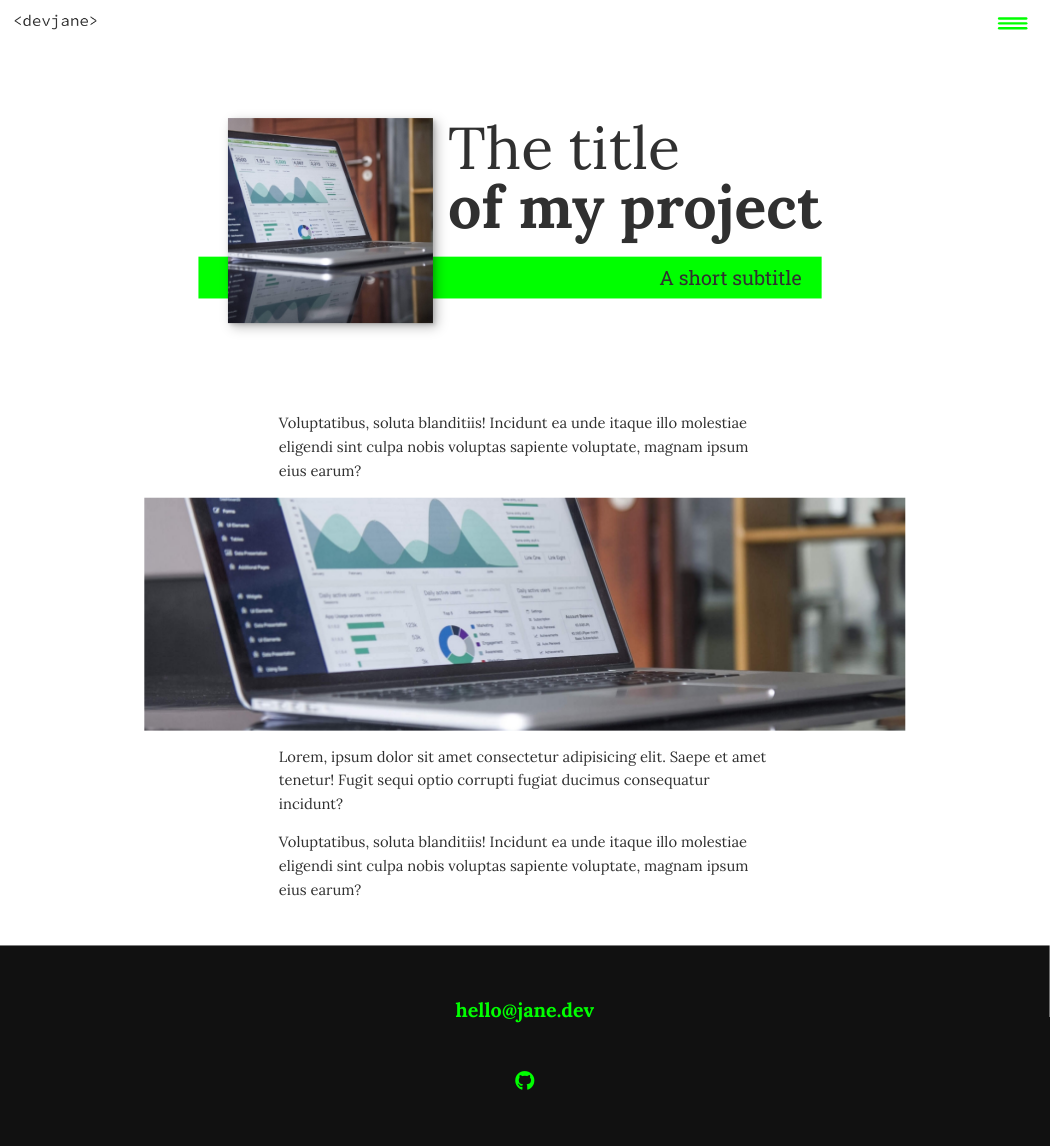
Repository: DinoDime/site
Page: portfolio-item.html
The author's editor kept a copy of each file at every save. The page is drawn from the files as they stood at one save, then again after the next save.
The browser window is 1280 px wide. The pictures show the whole page, at 82% of full size.
Some web libraries are served in a nearby version.

Above is the page before, as saved 2021-04-29 08:13:06.

### portfolio-item.html
<!DOCTYPE html>
<html lang="en">
  <head>
    <link
      rel="stylesheet"
      href="https://cdnjs.cloudflare.com/ajax/libs/normalize/8.0.1/normalize.css"
    />
    <meta charset="UTF-8" />
    <meta name="viewport" content="width=device-width, initial-scale=1.0" />
    <title>DevJane Portfolio Website</title>
    <link
      rel="stylesheet"
      href="https://cdnjs.cloudflare.com/ajax/libs/normalize/7.0.0/normalize.min.css"
    />
    <link
      rel="stylesheet"
      href="https://cdnjs.cloudflare.com/ajax/libs/font-awesome/5.11.2/css/all.css"
      integrity="sha256-46qynGAkLSFpVbEBog43gvNhfrOj+BmwXdxFgVK/Kvc="
      crossorigin="anonymous"
    />

    <!-- Update these with your own fonts -->
    <link
      href="https://fonts.googleapis.com/css?family=Lora:400,700|Roboto+Slab:400,700&display=swap"
      rel="stylesheet"
    />

    <link rel="stylesheet" href="css/style.css" />
  </head>
  <body>
    <header>
      <div class="logo">
        <img src="img/devjane.png" alt="" />
      </div>
      <button class="nav-toggle" aria-label="toggle navigation">
        <span class="hamburger"></span>
      </button>
      <nav class="nav">
        <ul class="nav__list">
          <li class="nav__item">
            <a href="index.html" class="nav__link">Home</a>
          </li>
          <li class="nav__item">
            <a href="index.html#services" class="nav__link">My Services</a>
          </li>
          <li class="nav__item">
            <a href="index.html#about" class="nav__link">About me</a>
          </li>
          <li class="nav__item">
            <a href="index.html#work" class="nav__link">My Work</a>
          </li>
        </ul>
      </nav>
    </header>

    <section class="intro">
      <h1 class="section__title section__title--intro">
        The title <strong>of my project</strong>
      </h1>
      <p class="section__subtitle section__subtitle--intro">A short subtitle</p>
      <img src="img/portfolio-01.jpg" alt="" class="intro__img" />
    </section>

    <div class="portfolio-item-individual">
      <p>
        Voluptatibus, soluta blanditiis! Incidunt ea unde itaque illo molestiae
        eligendi sint culpa nobis voluptas sapiente voluptate, magnam ipsum eius
        earum?
      </p>
      <img src="img/portfolio-details.jpg" alt="" />
      <p>
        Lorem, ipsum dolor sit amet consectetur adipisicing elit. Saepe et amet
        tenetur! Fugit sequi optio corrupti fugiat ducimus consequatur incidunt?
      </p>
      <p>
        Voluptatibus, soluta blanditiis! Incidunt ea unde itaque illo molestiae
        eligendi sint culpa nobis voluptas sapiente voluptate, magnam ipsum eius
        earum?
      </p>
    </div>

    <!-- Footer -->
    <footer class="footer">
      <!-- replace with your own email address -->
      <a href="mailto:hello@jane.dev" class="footer__link">hello@jane.dev</a>
      <ul class="social-list">
        <li class="social-list__item">
          <a class="social-list__link" href="https://github.com">
            <i class="fab fa-github"></i>
          </a>
        </li>
      </ul>
    </footer>

    <script src="js/index.js"></script>
  </body>
</html>

### css/style.css
*,
*::before,
*::after {
  box-sizing: border-box;
}

/* Custom Properties, update these for your own design */

:root {
  --ff-primary: "Lora", serif;
  --ff-secondary: "Roboto Slab", serif;

  --fw-reg: 400;
  --fw-bold: 700;

  --clr-light: #fff;
  --clr-dark: #303030;
  --clr-accent: lime;

  --fs-h1: 3rem;
  --fs-h2: 2.25rem;
  --fs-h3: 1.25rem;
  --fs-body: 1rem;

  --bs: 0.25em 0.25em 0.75em rgba(0, 0, 0, 0.25),
    0.125em 0.125em 0.25em rgba(0, 0, 0, 0.15);
}

@media (min-width: 800px) {
  :root {
    --fs-h1: 4.5rem;
    --fs-h2: 3.75rem;
    --fs-h3: 1.5rem;
    --fs-body: 1.125rem;
  }
}

/* General styles */

/* endable this to add smooth scrolling */
/* html {
    scroll-behavior: smooth;
} */

body {
  background: var(--clr-light);
  color: var(--clr-dark);
  margin: 0;
  font-family: var(--ff-primary);
  font-size: var(--fs-body);
  line-height: 1.6;
}

section {
  padding: 5em 2em;
}

img {
  display: block;
  max-width: 100%;
}

strong {
  font-weight: var(--fw-bold);
}

:focus {
  outline: 3px solid var(--clr-accent);
  outline-offset: 3px;
}

/* Buttons */

.btn {
  display: inline-block;
  padding: 0.5em 2.5em;
  background: var(--clr-accent);
  color: var(--clr-dark);
  text-decoration: none;
  cursor: pointer;
  font-size: 0.8rem;
  text-transform: uppercase;
  letter-spacing: 2px;
  font-weight: var(--fw-bold);
  transition: transform 200ms ease-in-out;
}

.btn:hover {
  transform: scale(1.1);
}

/* Typography */

h1,
h2,
h3 {
  line-height: 1;
  margin: 0;
}

h1 {
  font-size: var(--fs-h1);
}
h2 {
  font-size: var(--fs-h2);
}
h3 {
  font-size: var(--fs-h3);
}

.section__title {
  margin-bottom: 0.25em;
}

.section__title--intro {
  font-weight: var(--fw-reg);
}

.section__title--intro strong {
  display: block;
}

.section__subtitle {
  margin: 0;
  font-size: var(--fs-h3);
}

.section__subtitle--intro,
.section__subtitle--about {
  background: var(--clr-accent);
  padding: 0.25em 1em;
  font-family: var(--ff-secondary);
  margin-bottom: 1em;
}

.section__subtitle--work {
  color: var(--clr-accent);
  font-weight: var(--fw-bold);
  margin-bottom: 2em;
}

/* header */

header {
  display: flex;
  justify-content: space-between;
  padding: 1em;
}

.logo {
  max-width: 100px;
}

.nav {
  position: fixed;
  background: var(--clr-dark);
  color: var(--clr-light);
  top: 0;
  bottom: 0;
  left: 0;
  right: 0;
  z-index: 100;

  transform: translateX(100%);
  transition: transform 250ms cubic-bezier(0.5, 0, 0.5, 1);
}

.nav__list {
  list-style: none;
  display: flex;
  height: 100%;
  flex-direction: column;
  justify-content: space-evenly;
  align-items: center;
  margin: 0;
  padding: 0;
}

.nav__link {
  color: inherit;
  font-weight: var(--fw-bold);
  font-size: var(--fs-h2);
  text-decoration: none;
}

.nav__link:hover {
  color: var(--clr-accent);
}

.nav-toggle {
  padding: 0.5em;
  background: transparent;
  border: 0;
  cursor: pointer;
  position: absolute;
  right: 1em;
  top: 1em;
  z-index: 1000;
}

.nav-open .nav {
  transform: translateX(0);
}

.nav-open .nav-toggle {
  position: fixed;
}

.nav-open .hamburger {
  transform: rotate(0.625turn);
}

.nav-open .hamburger::before {
  transform: rotate(90deg) translateX(-6px);
}

.nav-open .hamburger::after {
  opacity: 0;
}

.hamburger {
  display: block;
  position: relative;
}

.hamburger,
.hamburger::before,
.hamburger::after {
  background: var(--clr-accent);
  width: 2em;
  height: 3px;
  border-radius: 1em;
  transition: transform 250ms ease-in-out;
}

.hamburger::before,
.hamburger::after {
  content: "";
  position: absolute;
  left: 0;
  right: 0;
}

.hamburger::before {
  top: 6px;
}
.hamburger::after {
  bottom: 6px;
}

/*  Intro section  */

.intro {
  position: relative;
}

.intro__img {
  box-shadow: var(--bs);
}

.section__subtitle--intro {
  display: inline-block;
}

@media (min-width: 600px) {
  .intro {
    display: grid;
    width: min-content;
    margin: 0 auto;
    grid-column-gap: 1em;
    grid-template-areas:
      "img title"
      "img subtitle";
    grid-template-columns: min-content max-content;
  }

  .intro__img {
    grid-area: img;
    min-width: 250px;
    position: relative;
    z-index: 2;
  }

  .section__subtitle--intro {
    align-self: start;
    grid-column: -1 / 1;
    grid-row: 2;
    text-align: right;
    position: relative;
    left: -1.5em;
    width: calc(100% + 1.5em);
  }
}

/*  My services section  */

.my-services {
  background-color: var(--clr-dark);
  background-image: url(../img/services-bg.jpg);
  background-size: cover;
  /* background-blend-mode: multiply; */
  color: var(--clr-light);
  text-align: center;
}

.section__title--services {
  color: var(--clr-accent);
  position: relative;
}

.section__title--services::after {
  content: "";
  display: block;
  width: 2em;
  height: 1px;
  margin: 0.5em auto 1em;
  background: var(--clr-light);
  opacity: 0.25;
}

.services {
  margin-bottom: 4em;
}

.service {
  max-width: 500px;
  margin: 0 auto;
}

@media (min-width: 800px) {
  .services {
    display: flex;
    max-width: 1000px;
    margin-left: auto;
    margin-right: auto;
  }

  .service + .service {
    margin-left: 2em;
  }
}

.about-me {
  max-width: 1000px;
  margin: 0 auto;
}

.about-me__img {
  box-shadow: var(--bs);
}

@media (min-width: 600px) {
  .about-me {
    display: grid;
    grid-template-columns: 1fr 200px;
    grid-template-areas:
      "title img"
      "subtitle img"
      "text img";
    grid-column-gap: 2em;
  }

  .section__title--about {
    grid-area: title;
  }

  .section__subtitle--about {
    grid-column: 1 / -1;
    grid-row: 2;
    position: relative;
    left: -1em;
    width: calc(100% + 2em);
    padding-left: 1em;
    padding-right: calc(200px + 4em);
  }

  .about-me__img {
    grid-area: img;
    position: relative;
    z-index: 2;
  }
}

/* My Work */

.my-work {
  background-color: var(--clr-dark);
  color: var(--clr-light);
  text-align: center;
}

.portfolio {
  display: grid;
  grid-template-columns: repeat(auto-fit, minmax(300px, 1fr));
}

.portfolio__item {
  background: var(--clr-accent);
  overflow: hidden;
}

.portfolio__img {
  transition: transform 750ms cubic-bezier(0.5, 0, 0.5, 1), opacity 250ms linear;
}

.portfolio__item:focus {
  position: relative;
  z-index: 2;
}

.portfolio__img:hover,
.portfolio__item:focus .portfolio__img {
  transform: scale(1.2);
  opacity: 0.5;
}

/* footer */

.footer {
  background: #111;
  color: var(--clr-accent);
  text-align: center;
  padding: 2.5em 0;
  font-size: var(--fs-h3);
}

.footer a {
  color: inherit;
  text-decoration: none;
}

.footer__link {
  font-weight: var(--fw-bold);
}

.footer__link:hover,
.social-list__link:hover {
  opacity: 0.7;
}

.footer__link:hover {
  text-decoration: underline;
}

.social-list {
  list-style: none;
  display: flex;
  justify-content: center;
  margin: 2em 0 0;
  padding: 0;
}

.social-list__item {
  margin: 0 0.5em;
}

.social-list__link {
  padding: 0.5em;
}

/* Individual portfolio item styles */

.portfolio-item-individual {
  padding: 0 2em 2em;
  max-width: 1000px;
  margin: 0 auto;
}

.portfolio-item-individual p {
  max-width: 600px;
  margin-left: auto;
  margin-right: auto;
}

Loaded but not shown: js/index.js (no copy from this time; the picture is the same without it)

After the next save:
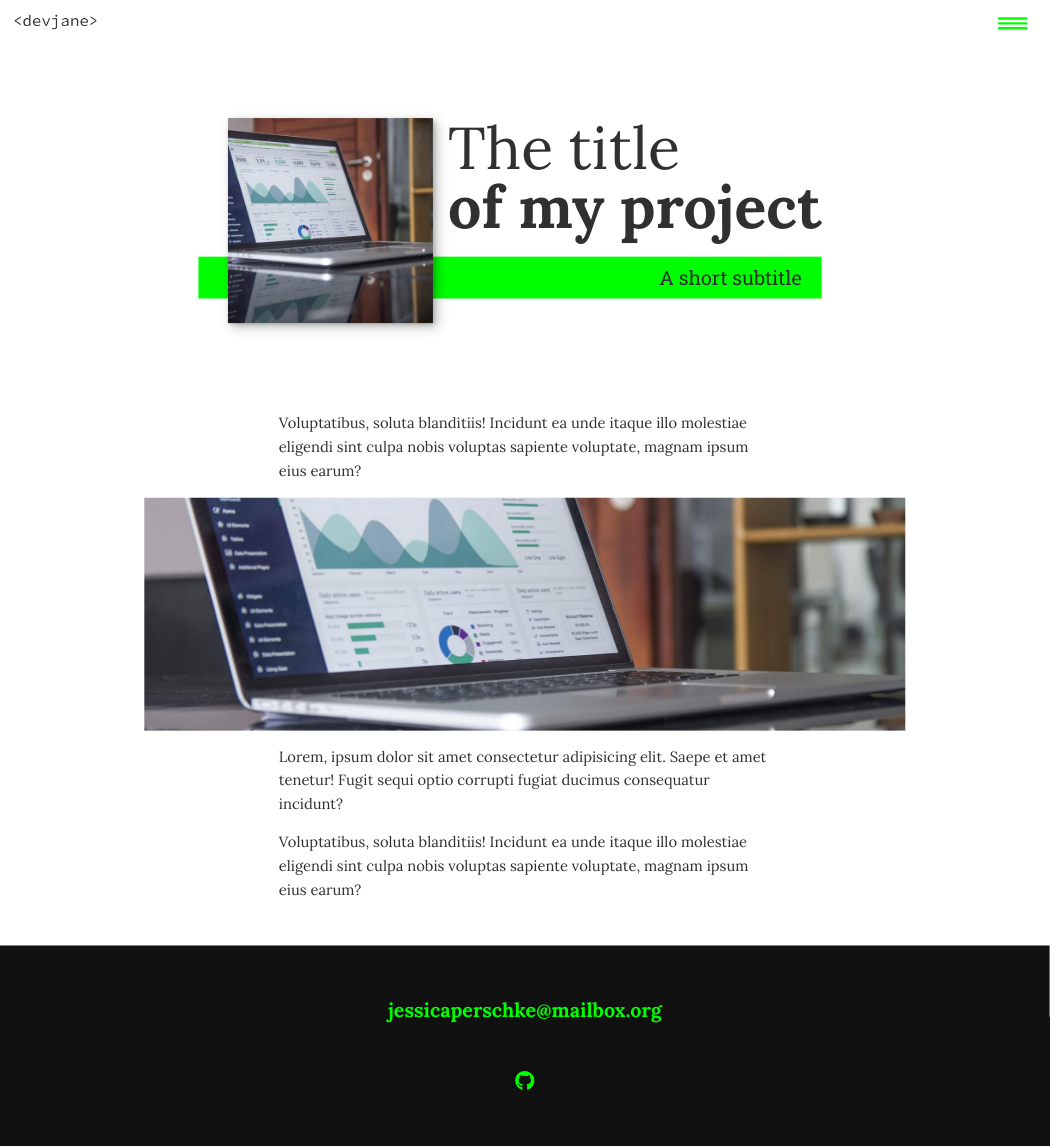
Saved 107 s later.
--- a/portfolio-item.html
+++ b/portfolio-item.html
@@ -82,7 +82,9 @@
     <!-- Footer -->
     <footer class="footer">
       <!-- replace with your own email address -->
-      <a href="mailto:hello@jane.dev" class="footer__link">hello@jane.dev</a>
+      <a href="mailto:jessicaperschke@mailbox.org" class="footer__link"
+        >jessicaperschke@mailbox.org</a
+      >
       <ul class="social-list">
         <li class="social-list__item">
           <a class="social-list__link" href="https://github.com">
